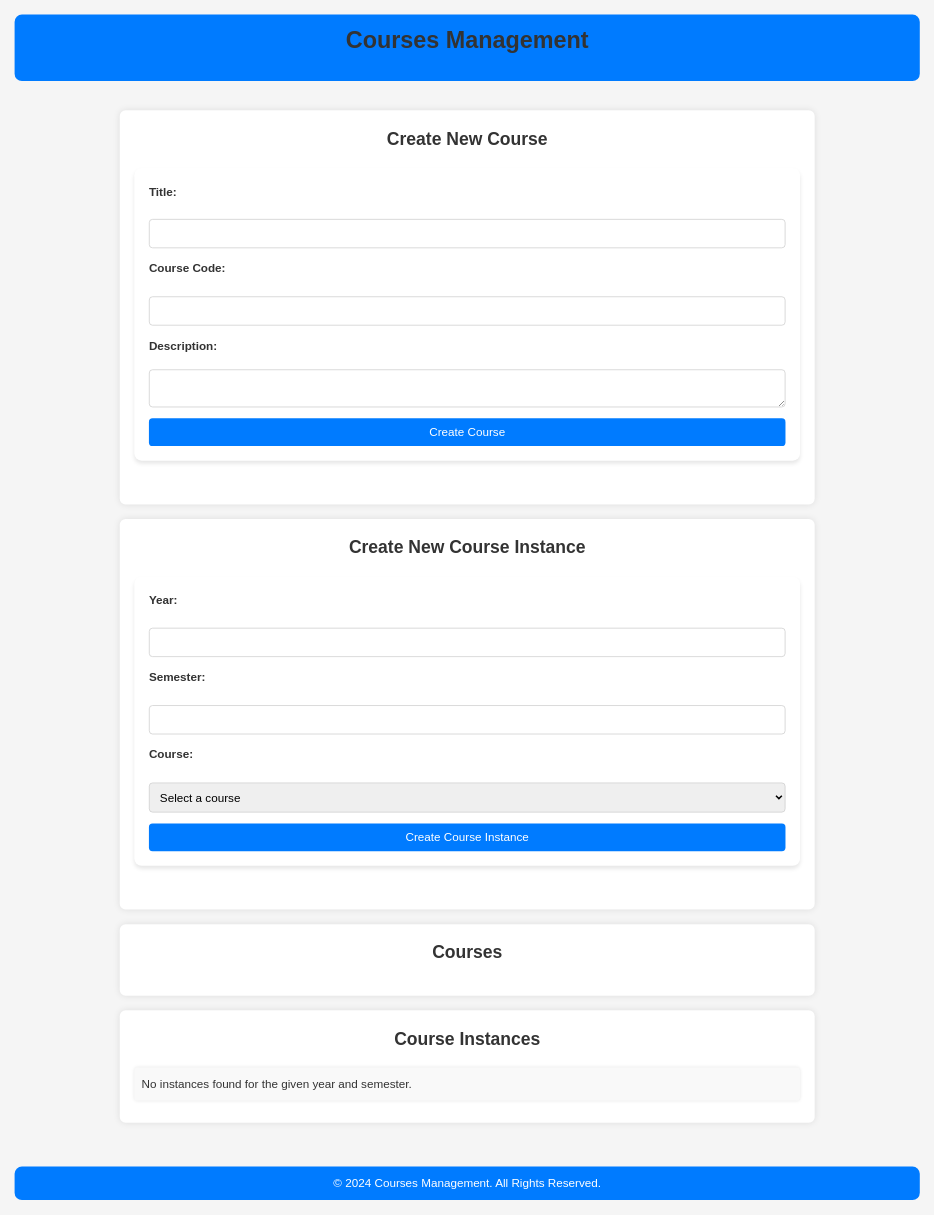
Repository: Rajdeep00-bit/Course_frontend
Page: /
These files come from the project's save history. The page is drawn as it stood at one moment and after the next save; the edit follows.
The browser window is 1280 px wide. The pictures show the whole page, at 73% of full size.
The page's requests for data from a server got no answer. The project was rebuilt for these pictures with package versions that can differ from the ones it lists, and the page was loaded fresh each time. No one was signed in, and anything a server would have sent is missing. Also part of the build but not shown: src/components/CourseInstanceDetails.js.

Above is the page before, as saved 2024-09-11 19:34:25.

### src/index.css
/* Reset some default styles */
* {
  margin: 0;
  padding: 0;
  box-sizing: border-box;
}

body {
  font-family: 'Arial', sans-serif;
  background-color: #f4f4f9;
  color: #333;
  line-height: 1.6;
  padding: 20px;
}

h1, h2, h3, h4, h5, h6 {
  margin-bottom: 20px;
  color: #333;
}

.container {
  max-width: 1200px;
  margin: 0 auto;
  padding: 20px;
}

/* General button styles */
button {
  background-color: #007bff;
  color: white;
  padding: 10px 15px;
  border: none;
  border-radius: 5px;
  cursor: pointer;
  font-size: 16px;
  transition: background-color 0.3s ease;
}

button:hover {
  background-color: #0056b3;
}

/* Form styles */
form {
  background-color: white;
  padding: 20px;
  margin-bottom: 40px;
  border-radius: 10px;
  box-shadow: 0 4px 6px rgba(0, 0, 0, 0.1);
}

form div {
  margin-bottom: 15px;
}

form label {
  display: block;
  margin-bottom: 5px;
  font-weight: bold;
}

form input[type="text"],
form input[type="number"],
form select {
  width: 100%;
  padding: 10px;
  margin-top: 5px;
  border: 1px solid #ccc;
  border-radius: 5px;
  font-size: 16px;
}

/* List styles */
ul {
  list-style: none;
  padding: 0;
}

li {
  background-color: white;
  padding: 15px;
  margin-bottom: 10px;
  border-radius: 10px;
  display: flex;
  justify-content: space-between;
  align-items: center;
  box-shadow: 0 4px 6px rgba(0, 0, 0, 0.1);
}

li button {
  background-color: #dc3545;
}

li button:hover {
  background-color: #c82333;
}

/* Header styles */
header {
  background-color: #007bff;
  color: white;
  padding: 20px;
  text-align: center;
  border-radius: 10px;
  margin-bottom: 40px;
}

/* Course and Course Instance Styles */
.course, .course-instance {
  display: flex;
  justify-content: space-between;
  align-items: center;
  padding: 15px;
  margin-bottom: 10px;
  background-color: white;
  border-radius: 10px;
  box-shadow: 0 4px 6px rgba(0, 0, 0, 0.1);
}

.course-info, .instance-info {
  display: flex;
  flex-direction: column;
}

.course-info h3, .instance-info h3 {
  margin-bottom: 5px;
}

/* Footer */
footer {
  text-align: center;
  padding: 20px;
  margin-top: 40px;
  background-color: #007bff;
  color: white;
  border-radius: 10px;
}

### src/App.js
import React, { useEffect, useState } from 'react';
import './App.css';
import CourseForm from './components/CourseForm';
import CourseInstanceForm from './components/CourseInstanceForm';
import CourseInstanceList from './components/CourseInstanceList';
import CourseList from './components/CourseList';
import CourseInstanceDetails from './components/CourseInstanceDetails';

function App() {
  const [courses, setCourses] = useState([]);
  const [instances, setInstances] = useState([]);
  const [year, setYear] = useState('');  // Initialize as string
  const [semester, setSemester] = useState('');  // Initialize as string
  const [selectedInstance, setSelectedInstance] = useState(null);
  const [fetchNewCourse, setFetchNewCourse] = useState(true);

  // Fetch all courses
  const fetchCourses = () => {
    fetch('http://127.0.0.1:8000/api/courses/')
      .then((response) => {
        if (!response.ok) {
          throw new Error(`Error: ${response.status} ${response.statusText}`);
        }
        return response.json();
      })
      .then((data) => setCourses(data))
      .catch((error) => {
        console.error('Error fetching courses:', error);
        alert(`Failed to fetch courses: ${error.message}`);
      });
  };

  const handleInstanceCreated = () => {
    fetchInstances();  // Refresh the list after a new instance is created
  };

  // Delete a course
  const deleteCourse = (id) => {
    if (!window.confirm("Are you sure you want to delete this course?")) {
      return;
    }

    fetch(`http://127.0.0.1:8000/api/courses/${id}/`, {  // Ensure trailing slash
      method: 'DELETE',
    })
      .then((response) => {
        if (response.ok) {
          const updatedCourses = courses.filter((course) => course.id !== id);
          setCourses(updatedCourses);  // Update state
          alert("Course deleted successfully.");
        } else {
          return response.json().then((err) => Promise.reject(err));
        }
      })
      .catch((error) => {
        console.error("Error deleting course:", error);
        alert("Failed to delete the course. Please try again.");
      });
  };

  // Fetch all course instances based on year and semester
  const fetchInstances = () => {
    if (!year || !semester) return;

    fetch(`http://127.0.0.1:8000/api/instances/${year}/${semester}/`)
      .then((response) => {
        if (!response.ok) {
          throw new Error(`Error: ${response.status} ${response.statusText}`);
        }
        return response.json();
      })
      .then((data) => setInstances(data))
      .catch((error) => {
        console.error('Error fetching instances:', error);
        alert(`Failed to fetch instances: ${error.message}`);
      });
  };

  // Fetch course instance details for a specific instance
  const viewInstanceDetails = (id) => {
    if (!year || !semester) {
      alert("Year and semester must be set to fetch instance details.");
      return;
    }

    fetch(`http://127.0.0.1:8000/api/instances/${year}/${semester}/${id}/`)
      .then((response) => {
        if (!response.ok) {
          throw new Error(`Error: ${response.status} ${response.statusText}`);
        }
        return response.json();
      })
      .then((data) => setSelectedInstance(data))
      .catch((error) => {
        console.error('Error fetching instance details:', error);
        alert("Failed to fetch instance details. Make sure the instance exists.");
      });
  };

  // Delete a course instance
  const deleteInstance = (id) => {
    if (!window.confirm("Are you sure you want to delete this course instance?")) {
      return;
    }

    fetch(`http://127.0.0.1:8000/api/instances/${id}/`, {
      method: 'DELETE',
    })
      .then((response) => {
        if (!response.ok) {
          throw new Error(`Error: ${response.status} ${response.statusText}`);
        }
        return response.json();
      })
      .then(() => {
        const updatedInstances = instances.filter((instance) => instance.id !== id);
        setInstances(updatedInstances);
        alert("Instance deleted successfully.");
      })
      .catch((error) => {
        console.error('Error deleting instance:', error);
        alert(`Failed to delete the instance: ${error.message}`);
      });
  };

  // Fetch courses on component mount
  useEffect(() => {
    fetchCourses();
  }, []);

  // Re-fetch instances whenever year/semester changes
  useEffect(() => {
    fetchInstances();
  }, [year, semester]);

  return (
    <div className="App">
      <header className="header">
        <h1>Courses Management</h1>
      </header>

      <div className="container">
        {/* Section for Creating a New Course */}
        <section className="section">
          <h2>Create New Course</h2>
          <CourseForm onCourseCreated={fetchCourses} setFetchNewCourse={setFetchNewCourse} />
        </section>

        {/* Section for Creating a New Course Instance */}
        <section className="section">
          <h2>Create New Course Instance</h2>
          <CourseInstanceForm
            onInstanceCreated={handleInstanceCreated}
            year={year}
            semester={semester}
            setYear={setYear}
            setSemester={setSemester}
            fetchNewCourse={fetchNewCourse}
            setFetchNewCourse={setFetchNewCourse}
            fetchInstances={fetchInstances}
          />
        </section>

        {/* Section for Displaying the List of Courses */}
        <section className="section">
          <h2>Courses</h2>
          <CourseList courses={courses} fetchCourses={fetchCourses} deleteCourse={deleteCourse} />
        </section>

        {/* Section for Displaying the List of Course Instances */}
        <section className="section">
          <h2>Course Instances</h2>
          <CourseInstanceList
            instances={instances}
            fetchInstances={fetchInstances}
            year={year}
            semester={semester}
            viewInstanceDetails={viewInstanceDetails}
            deleteInstance={deleteInstance}
          />
        </section>

        {/* Section for Displaying Selected Course Instance Details */}
        {selectedInstance && (
          <section className="section">
            <h2>Course Instance Details</h2>
            <CourseInstanceDetails
              instance={selectedInstance}
              fetchInstances={fetchInstances}
            />
            <button onClick={() => deleteInstance(selectedInstance.id)}>Delete Instance</button> {/* Delete Button */}
          </section>
        )}
      </div>

      <footer className="footer">
        <p>&copy; 2024 Courses Management. All Rights Reserved.</p>
      </footer>
    </div>
  );
}

export default App;

### src/App.css
body {
  margin: 0;
  font-family: Arial, sans-serif;
  background-color: #f5f5f5;
}

.App {
  text-align: center;
}

.header {
  background-color: #007bff;
  color: white;
  padding: 10px 0;
  margin-bottom: 20px;
}

.container {
  width: 80%;
  margin: 0 auto;
}

.section {
  background-color: white;
  padding: 20px;
  margin-bottom: 20px;
  box-shadow: 0px 0px 10px rgba(0, 0, 0, 0.1);
  border-radius: 8px;
}

.form {
  display: flex;
  flex-direction: column;
  gap: 15px;
}

.form label {
  font-weight: bold;
  text-align: left;
}

.form input, .form textarea, .form select {
  padding: 10px;
  border-radius: 5px;
  border: 1px solid #ccc;
}

.form button {
  padding: 10px;
  background-color: #007bff;
  color: white;
  border: none;
  border-radius: 5px;
  cursor: pointer;
}

.form button:hover {
  background-color: #0056b3;
}

ul {
  list-style-type: none;
  padding: 0;
}

ul li {
  background-color: #f9f9f9;
  margin: 10px 0;
  padding: 10px;
  border-radius: 5px;
  box-shadow: 0px 0px 5px rgba(0, 0, 0, 0.1);
}

ul li button {
  margin-left: 10px;
}

.course-details, .instance-details {
  margin-top: 20px;
  text-align: left;
}

.footer {
  background-color: #007bff;
  color: white;
  padding: 10px 0;
  margin-top: 20px;
}
.course-details {
  margin-top: 20px;
  padding: 15px;
  border: 1px solid #ddd;
  background-color: #f9f9f9;
}
.course-details h3 {
  margin-bottom: 10px;
}

### src/components/CourseForm.js
import React, { useState } from 'react';

function CourseForm({ onCourseCreated, setFetchNewCourse }) {
  const [title, setTitle] = useState('');
  const [courseCode, setCourseCode] = useState('');
  const [description, setDescription] = useState('');

  const handleSubmit = (event) => {
    event.preventDefault();

    const course = {
      title: title,
      course_code: courseCode,
      description: description
    };

    fetch('http://127.0.0.1:8000/api/courses', {
      method: 'POST',
      headers: {
        'Content-Type': 'application/json'
      },
      body: JSON.stringify(course)
    })
      .then(response => response.json())
      .then(data => {
        setTitle('');
        setCourseCode('');
        setDescription('');
        setFetchNewCourse(true);
        onCourseCreated();
      })
      .catch((error) => {
        console.error('Error creating course:', error);
      });
  };

  return (
    <form className="form" onSubmit={handleSubmit}>
      <label>Title:</label>
      <input
        type="text"
        value={title}
        onChange={(e) => setTitle(e.target.value)}
        required
      />

      <label>Course Code:</label>
      <input
        type="text"
        value={courseCode}
        onChange={(e) => setCourseCode(e.target.value)}
        required
      />

      <label>Description:</label>
      <textarea
        value={description}
        onChange={(e) => setDescription(e.target.value)}
        required
      />

      <button type="submit">Create Course</button>
    </form>
  );
}

export default CourseForm;

### src/components/CourseInstanceForm.js
import React, { useState, useEffect } from 'react';

function CourseInstanceForm({ onInstanceCreated, year, semester, setYear, setSemester, fetchNewCourse, setFetchNewCourse }) {
  const [courseId, setCourseId] = useState('');
  const [courses, setCourses] = useState([]);

  // Fetch the courses when a new course is created
  useEffect(() => {
    if (fetchNewCourse) {
      setFetchNewCourse(false);
      fetchCourses();
    }
  }, [fetchNewCourse, setFetchNewCourse]);

  // Function to fetch the list of courses
  const fetchCourses = () => {
    fetch('http://127.0.0.1:8000/api/courses')
      .then(response => response.json())
      .then(data => setCourses(data))
      .catch((error) => {
        console.error('Error fetching courses:', error);
      });
  };

  // Handle form submission
  const handleSubmit = (event) => {
    event.preventDefault();

    const courseInstance = {
      course: courseId,
      year: year,
      semester: semester
    };

    // Post new course instance to the API
    fetch('http://127.0.0.1:8000/api/instances', {
      method: 'POST',
      headers: {
        'Content-Type': 'application/json'
      },
      body: JSON.stringify(courseInstance)
    })
    .then(response => response.json())
    .then(data => {
      // Clear form and refresh the list
      setCourseId('');
      setYear('');
      setSemester('');
      onInstanceCreated();  // Callback to refresh the instances list
    })
    .catch((error) => {
      console.error('Error creating course instance:', error);
    });
  };

  return (
    <form className="form" onSubmit={handleSubmit}>
      <label>Year:</label>
      <input
        type="text"
        value={year}
        onChange={(e) => setYear(e.target.value)}
        required
      />

      <label>Semester:</label>
      <input
        type="text"
        value={semester}
        onChange={(e) => setSemester(e.target.value)}
        required
      />

      <label>Course:</label>
      <select value={courseId} onChange={(e) => setCourseId(e.target.value)} required>
        <option value="">Select a course</option>
        {courses.map(course => (
          <option key={course.id} value={course.id}>{course.title}</option>
        ))}
      </select>

      <button type="submit">Create Course Instance</button>
    </form>
  );
}

export default CourseInstanceForm;

### src/components/CourseInstanceList.js
import React, { useEffect, useState } from 'react';

function CourseInstanceList({ instances, setInstances, year, semester }) {
  const [selectedInstance, setSelectedInstance] = useState(null);  // Ensure this is inside the component

  const handleInstanceCreated = () => {
    fetchInstances();  // Refresh the list after a new instance is created
  };

  // Fetch instance details (for display or debugging)
  const viewInstanceDetails = (id) => {
    if (!year || !semester) {
      alert("Year and semester must be set to fetch instance details.");
      return;
    }

    fetch(`http://127.0.0.1:8000/api/instances/${year}/${semester}/${id}/`)
      .then((response) => {
        if (!response.ok) {
          throw new Error(`Failed to fetch instance details: ${response.status}`);
        }
        return response.json();
      })
      .then((data) => setSelectedInstance(data))  // Set selected instance for viewing
      .catch((error) => {
        console.error("Error fetching instance details:", error);
        alert("Failed to fetch instance details. Make sure the instance exists.");
      });
  };

  // Function to delete the instance
  const deleteInstance = (id) => {
    if (!window.confirm("Are you sure you want to delete this course instance?")) {
      return;
    }

    fetch(`http://127.0.0.1:8000/api/instances/${id}/`, {  // Ensure trailing slash
      method: 'DELETE',
    })
      .then((response) => {
        if (response.ok) {
          const updatedInstances = instances.filter((instance) => instance.id !== id);
          setInstances(updatedInstances);  // Update state
          alert("Instance deleted successfully.");
        } else {
          return response.json().then((err) => Promise.reject(err));
        }
      })
      .catch((error) => {
        console.error("Error deleting instance:", error);
        alert("Failed to delete the instance. Please try again.");
      });
  };

  // Fetch all course instances when component mounts
  useEffect(() => {
    fetchInstances();
  }, [year, semester]);

  const fetchInstances = () => {
    if (!year || !semester) return;  // Prevent fetching if year or semester is not set
    fetch(`http://127.0.0.1:8000/api/instances/${year}/${semester}`)
      .then((response) => response.json())
      .then((data) => setInstances(data))
      .catch((error) => {
        console.error('Error fetching instances:', error);
      });
  };

  return (
    <div>
      <ul>
        {instances.length === 0 ? (
          <li>No instances found for the given year and semester.</li>
        ) : (
          instances.map((instance) => (
            <li key={instance.id}>
              {instance.course.title} - {instance.year}/{instance.semester}
              <button onClick={() => viewInstanceDetails(instance.id)}>View Details</button>
              <button onClick={() => deleteInstance(instance.id)}>Delete</button>
            </li>
          ))
        )}
      </ul>
    </div>
  );
}

// Move the export to the end of the file, at the top level, not inside any code blocks
export default CourseInstanceList;

### src/components/CourseList.js
import React, { useState } from 'react';  // Ensure useState is imported

function CourseList({ courses, fetchCourses }) {
  const [selectedCourse, setSelectedCourse] = useState(null);

  const viewCourseDetails = (id) => {
    fetch(`http://127.0.0.1:8000/api/courses/${id}/`)  // Add trailing slash if needed
      .then(response => {
        if (!response.ok) {
          throw new Error(`Course not found: ${response.status}`);
        }
        return response.json();
      })
      .then(data => {
        setSelectedCourse(data);  // Set the selected course to state
      })
      .catch((error) => {
        console.error('Error fetching course details:', error);
        alert('Failed to fetch course details. Make sure the course exists.');
      });
  };

  const deleteCourse = (id) => {
    fetch(`http://127.0.0.1:8000/api/courses/${id}`, {
      method: 'DELETE'
    })
    .then(() => fetchCourses())  // Refresh the course list after deletion
    .catch((error) => {
      console.error('Error deleting course:', error);
    });
  };

  const closeCourseDetails = () => {
    setSelectedCourse(null);  // Clear the selected course details
  };

  return (
    <div>
      <ul>
        {courses.map(course => (
          <li key={course.id}>
            {course.title} ({course.course_code})
            <button onClick={() => viewCourseDetails(course.id)}>View Details</button>
            <button onClick={() => deleteCourse(course.id)}>Delete</button>
          </li>
        ))}
      </ul>

      {/* Display selected course details */}
      {selectedCourse && (
        <div className="course-details">
          <h3>Course Details</h3>
          <p><strong>Title:</strong> {selectedCourse.title}</p>
          <p><strong>Course Code:</strong> {selectedCourse.course_code}</p>
          <p><strong>Description:</strong> {selectedCourse.description}</p>

          {/* Close button */}
          <button onClick={closeCourseDetails}>Close</button>
        </div>
      )}
    </div>
  );
}

export default CourseList;

Loaded but not shown: src/index.js (common file)

After the next save:
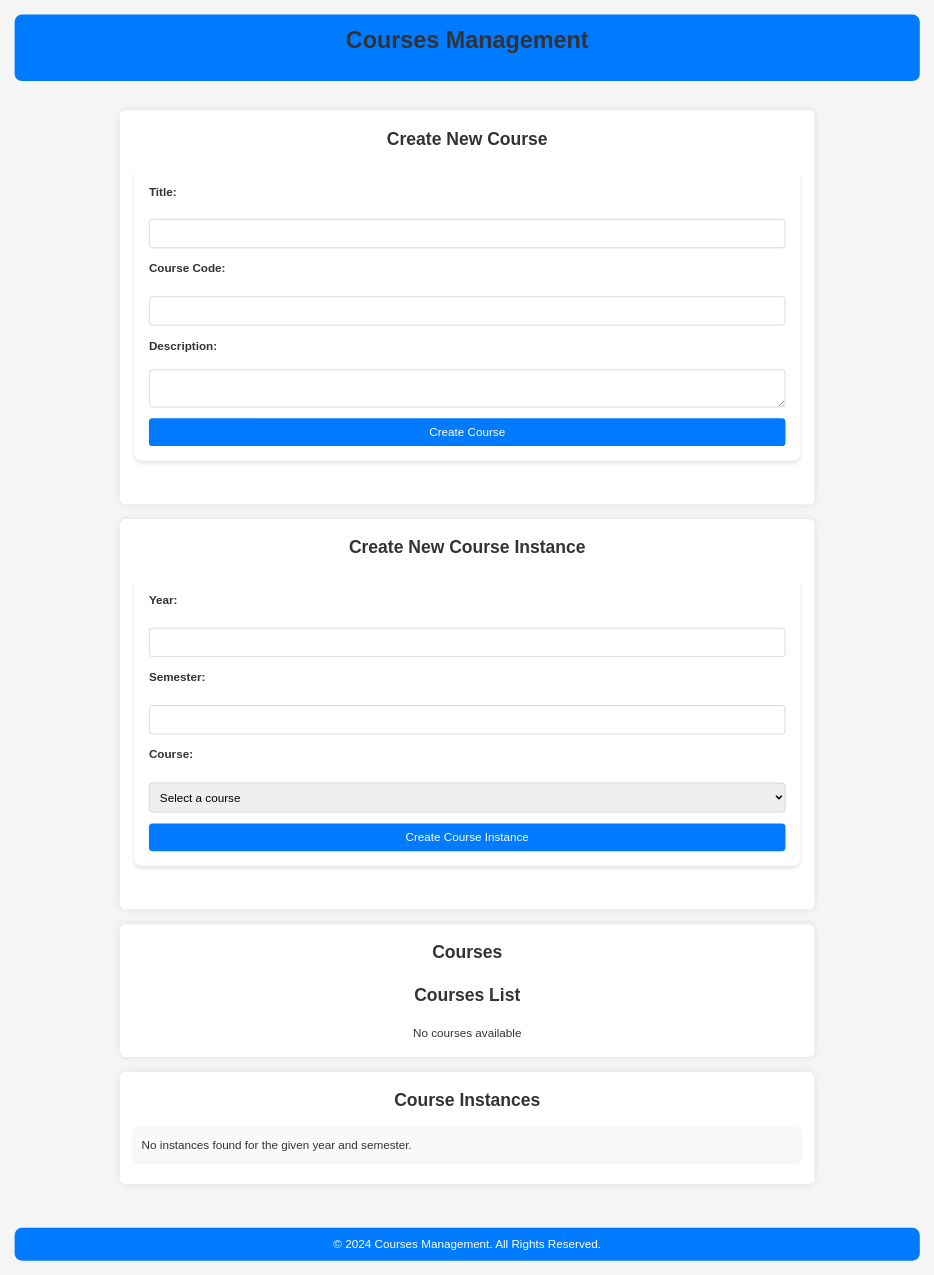
Saved 7 min 23 s later.
--- a/src/components/CourseList.js
+++ b/src/components/CourseList.js
@@ -1,62 +1,45 @@
-import React, { useState } from 'react';  // Ensure useState is imported
+import React, { useEffect, useState } from 'react';
 
-function CourseList({ courses, fetchCourses }) {
-  const [selectedCourse, setSelectedCourse] = useState(null);
+function CourseList() {
+  const [courses, setCourses] = useState([]);
 
-  const viewCourseDetails = (id) => {
-    fetch(`http://127.0.0.1:8000/api/courses/${id}/`)  // Add trailing slash if needed
-      .then(response => {
+  // Fetch courses from API
+  const fetchCourses = () => {
+    fetch('http://127.0.0.1:8000/api/courses/')
+      .then((response) => {
         if (!response.ok) {
-          throw new Error(`Course not found: ${response.status}`);
+          throw new Error(`Error: ${response.status} ${response.statusText}`);
         }
         return response.json();
       })
-      .then(data => {
-        setSelectedCourse(data);  // Set the selected course to state
+      .then((data) => {
+        setCourses(data);  // Store fetched courses in state
       })
       .catch((error) => {
-        console.error('Error fetching course details:', error);
-        alert('Failed to fetch course details. Make sure the course exists.');
+        console.error('Error fetching courses:', error);
+        alert(`Failed to fetch courses: ${error.message}`);
       });
   };
 
-  const deleteCourse = (id) => {
-    fetch(`http://127.0.0.1:8000/api/courses/${id}`, {
-      method: 'DELETE'
-    })
-    .then(() => fetchCourses())  // Refresh the course list after deletion
-    .catch((error) => {
-      console.error('Error deleting course:', error);
-    });
-  };
+  // Fetch courses when the component mounts
+  useEffect(() => {
+    fetchCourses();
+  }, []);
 
-  const closeCourseDetails = () => {
-    setSelectedCourse(null);  // Clear the selected course details
-  };
-
+  // Render the list of courses
   return (
     <div>
-      <ul>
-        {courses.map(course => (
-          <li key={course.id}>
-            {course.title} ({course.course_code})
-            <button onClick={() => viewCourseDetails(course.id)}>View Details</button>
-            <button onClick={() => deleteCourse(course.id)}>Delete</button>
-          </li>
-        ))}
-      </ul>
-
-      {/* Display selected course details */}
-      {selectedCourse && (
-        <div className="course-details">
-          <h3>Course Details</h3>
-          <p><strong>Title:</strong> {selectedCourse.title}</p>
-          <p><strong>Course Code:</strong> {selectedCourse.course_code}</p>
-          <p><strong>Description:</strong> {selectedCourse.description}</p>
-
-          {/* Close button */}
-          <button onClick={closeCourseDetails}>Close</button>
-        </div>
+      <h2>Courses List</h2>
+      {courses.length > 0 ? (
+        <ul>
+          {courses.map((course) => (
+            <li key={course.id}>
+              {course.title} ({course.course_code})
+            </li>
+          ))}
+        </ul>
+      ) : (
+        <p>No courses available</p>
       )}
     </div>
   );
